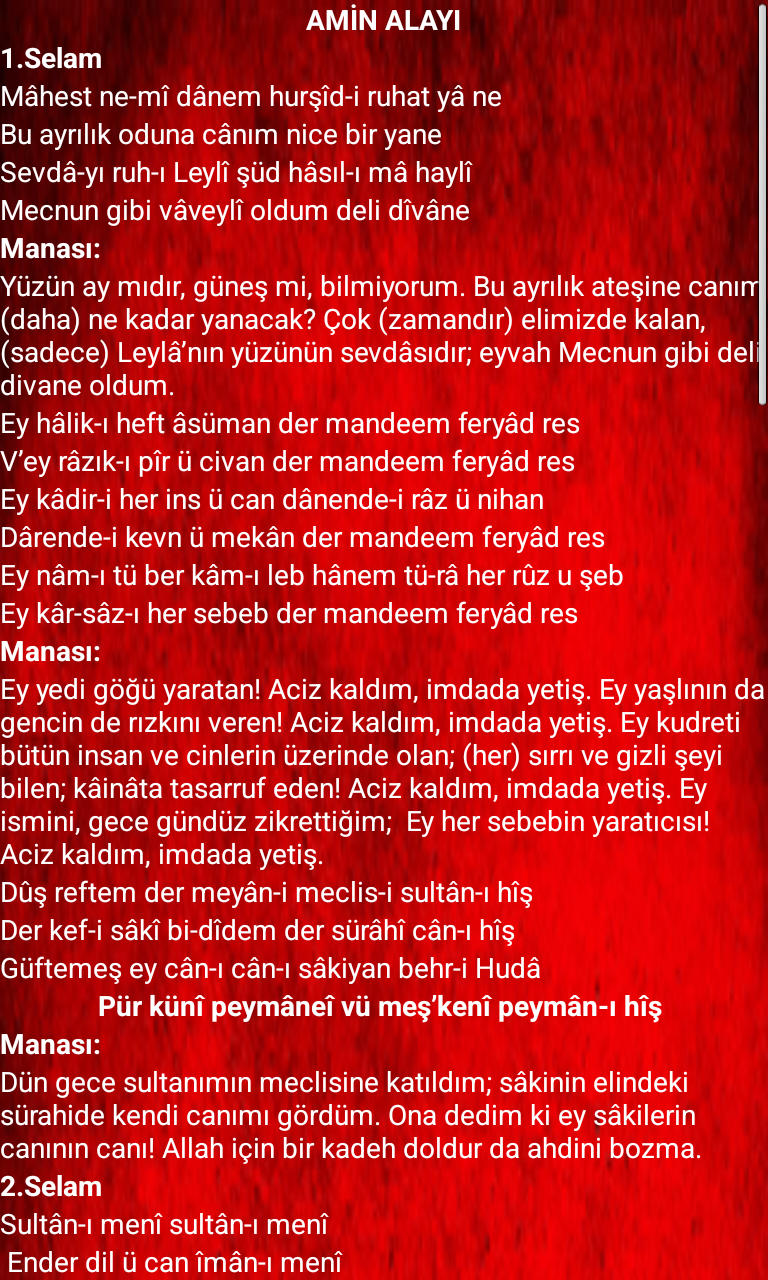
Repository: dokayazilim/Safahat-Android--Uygulamasi
Layout: safahat(android)/Safahat/res/layout/kitap31.xml
These files come from the project's save history. The layout is drawn as it stood at one moment and after the next save; the edit follows.
It is drawn on a 768 x 1280 px phone screen (xhdpi) without system bars, with theme android:Theme; the app's code is not run.

Above is the layout before, as saved 2012-09-07 16:12:11.

### safahat(android)/Safahat/res/layout/kitap31.xml
<?xml version="1.0" encoding="utf-8"?>
<ScrollView    android:id="@+id/widget1"    android:layout_width="fill_parent"    android:layout_height="fill_parent"    xmlns:android="http://schemas.android.com/apk/res/android"    >
<LinearLayout xmlns:android="http://schemas.android.com/apk/res/android"
    android:layout_width="fill_parent"
    android:layout_height="fill_parent"
    android:orientation="vertical" android:background="@drawable/androidturk">

  <TextView
        android:id="@+id/textView1"
        android:layout_width="wrap_content"
        android:layout_height="wrap_content"
        android:text="AMİN ALAYI" android:textColor="#ffffff" android:textStyle="bold" android:layout_gravity="center"/>
<TextView
        android:id="@+id/textView2"
        android:layout_width="wrap_content"
        android:layout_height="wrap_content"
        android:text="1.Selam  " android:textColor="#ffffff" android:textStyle="bold"/>
<TextView
        android:id="@+id/textView3"
        android:layout_width="wrap_content"
        android:layout_height="wrap_content"
        android:text="Mâhest ne-mî dânem hurşîd-i ruhat yâ ne    " android:textColor="#ffffff" />
<TextView
        android:id="@+id/textView4"
        android:layout_width="wrap_content"
        android:layout_height="wrap_content"
        android:text="Bu ayrılık oduna cânım nice bir yane
  " android:textColor="#ffffff" />
<TextView
        android:id="@+id/textView5"
        android:layout_width="wrap_content"
        android:layout_height="wrap_content"
        android:text="Sevdâ-yı ruh-ı Leylî şüd hâsıl-ı mâ haylî " android:textColor="#ffffff" />
<TextView
        android:id="@+id/textView6"
        android:layout_width="wrap_content"
        android:layout_height="wrap_content"
        android:text="Mecnun gibi vâveylî oldum deli dîvâne     " android:textColor="#ffffff" />
<TextView
        android:id="@+id/textView7"
        android:layout_width="wrap_content"
        android:layout_height="wrap_content"
        android:text="Manası:  " android:textColor="#ffffff" android:textStyle="bold"/>
<TextView
        android:id="@+id/textView8"
        android:layout_width="wrap_content"
        android:layout_height="wrap_content"
        android:text="Yüzün ay mıdır, güneş mi, bilmiyorum. Bu ayrılık ateşine canım (daha) ne kadar yanacak? Çok (zamandır) elimizde kalan, (sadece) Leylâ’nın yüzünün sevdâsıdır; eyvah Mecnun gibi deli divane oldum. " android:textColor="#ffffff" />
<TextView
        android:id="@+id/textView9"
        android:layout_width="wrap_content"
        android:layout_height="wrap_content"
        android:text="Ey hâlik-ı heft âsüman der mandeem feryâd res
 " android:textColor="#ffffff"/>
<TextView
        android:id="@+id/textView10"
        android:layout_width="wrap_content"
        android:layout_height="wrap_content"
        android:text="V’ey râzık-ı pîr ü civan der mandeem feryâd res     " android:textColor="#ffffff"/>
<TextView
        android:id="@+id/textView11"
        android:layout_width="wrap_content"
        android:layout_height="wrap_content"
        android:text="Ey kâdir-i her ins ü can dânende-i râz ü nihan
 " android:textColor="#ffffff" />
<TextView
        android:id="@+id/textView12"
        android:layout_width="wrap_content"
        android:layout_height="wrap_content"
        android:text="Dârende-i kevn ü mekân der mandeem feryâd res
   " android:textColor="#ffffff" />
<TextView
        android:id="@+id/textView13"
        android:layout_width="wrap_content"
        android:layout_height="wrap_content"
        android:text="Ey nâm-ı tü ber kâm-ı leb hânem tü-râ her rûz u şeb  " android:textColor="#ffffff"/>
<TextView
        android:id="@+id/textView14"
        android:layout_width="wrap_content"
        android:layout_height="wrap_content"
        android:text="Ey kâr-sâz-ı her sebeb der mandeem feryâd res " android:textColor="#ffffff" />
<TextView
        android:id="@+id/textView15"
        android:layout_width="wrap_content"
        android:layout_height="wrap_content"
        android:text="Manası:
   " android:textColor="#ffffff" android:textStyle="bold"/>
<TextView
        android:id="@+id/textView16"
        android:layout_width="wrap_content"
        android:layout_height="wrap_content"
        android:text="Ey yedi göğü yaratan! Aciz kaldım, imdada yetiş. Ey yaşlının da gencin de rızkını veren! Aciz kaldım, imdada yetiş. Ey kudreti bütün insan ve cinlerin üzerinde olan; (her) sırrı ve gizli şeyi bilen; kâinâta tasarruf eden! Aciz kaldım, imdada yetiş. Ey ismini, gece gündüz zikrettiğim;
Ey her sebebin yaratıcısı! Aciz kaldım, imdada yetiş." android:textColor="#ffffff"/>
<TextView
        android:id="@+id/textView17"
        android:layout_width="wrap_content"
        android:layout_height="wrap_content"
        android:text="Dûş reftem der meyân-i meclis-i sultân-ı hîş " android:textColor="#ffffff" />
<TextView
        android:id="@+id/textView18"
        android:layout_width="wrap_content"
        android:layout_height="wrap_content"
        android:text="Der kef-i sâkî bi-dîdem der sürâhî cân-ı hîş
   " android:textColor="#ffffff" />
<TextView
        android:id="@+id/textView19"
        android:layout_width="wrap_content"
        android:layout_height="wrap_content"
        android:text="Güftemeş ey cân-ı cân-ı sâkiyan behr-i Hudâ   " android:textColor="#ffffff"/>
<TextView
        android:id="@+id/textView20"
        android:layout_width="wrap_content"
        android:layout_height="wrap_content"
        android:text="Pür künî peymâneî vü meş’kenî peymân-ı hîş " android:textColor="#ffffff" android:textStyle="bold" android:layout_gravity="center"/>
<TextView
        android:id="@+id/textView21"
        android:layout_width="wrap_content"
        android:layout_height="wrap_content"
        android:text="Manası:" android:textColor="#ffffff" android:textStyle="bold"/>
<TextView
        android:id="@+id/textView22"
        android:layout_width="wrap_content"
        android:layout_height="wrap_content"
        android:text="Dün gece sultanımın meclisine katıldım; sâkinin elindeki sürahide kendi canımı gördüm. Ona dedim ki ey sâkilerin canının canı! Allah için bir kadeh doldur da ahdini bozma.   " android:textColor="#ffffff"/>
<TextView
        android:id="@+id/textView23"
        android:layout_width="wrap_content"
        android:layout_height="wrap_content"
        android:text="2.Selam" android:textColor="#ffffff" android:textStyle="bold"/>
<TextView
        android:id="@+id/textView24"
        android:layout_width="wrap_content"
        android:layout_height="wrap_content"
        android:text="Sultân-ı menî sultân-ı menî
 " android:textColor="#ffffff" />
<TextView
        android:id="@+id/textView25"
        android:layout_width="wrap_content"
        android:layout_height="wrap_content"
        android:text="
Ender dil ü can îmân-ı menî
        " android:textColor="#ffffff" />
<TextView
        android:id="@+id/textView26"
        android:layout_width="wrap_content"
        android:layout_height="wrap_content"
        android:text=" Der men bi-demî men zinde şevem
  " android:textColor="#ffffff" />
<TextView
        android:id="@+id/textView27"
        android:layout_width="wrap_content"
        android:layout_height="wrap_content"
        android:text="Yek cân çi şeved sad cân-ı menî
 " android:textColor="#ffffff" />
<TextView
        android:id="@+id/textView28"
        android:layout_width="wrap_content"
        android:layout_height="wrap_content"
        android:text="Manası:
  " android:textColor="#ffffff" android:textStyle="bold"/>
<TextView
        android:id="@+id/textView29"
        android:layout_width="wrap_content"
        android:layout_height="wrap_content"
        android:text="Sultânımsın, sultânımsın; cânımda, gönlümde imânımsın. Bana üflersen ben dirilirim. Bir cân da nedir? Yüz cânımsın.   " android:textColor="#ffffff" />
<TextView
        android:id="@+id/textView30"
        android:layout_width="wrap_content"
        android:layout_height="wrap_content"
        android:text="Ey âşıkan ey âşıkan men cân ü cânan yâftem
  " android:textColor="#ffffff" />
<TextView
        android:id="@+id/textView31"
        android:layout_width="wrap_content"
        android:layout_height="wrap_content"
        android:text="
Ey sâdıkan ey sâdıkan men nûr-i îman yâftem
" android:textColor="#ffffff" />
<TextView
        android:id="@+id/textView32"
        android:layout_width="wrap_content"
        android:layout_height="wrap_content"
        android:text="Manası:
 " android:textColor="#ffffff" android:textStyle="bold"/>
<TextView
        android:id="@+id/textView33"
        android:layout_width="wrap_content"
        android:layout_height="wrap_content"
        android:text="Ey âşıklar, ey âşıklar! Ben canı ve cananı buldum. Ey sâdıklar, ey sâdıklar! Ben iman nurunu buldum. " android:textColor="#ffffff" android:textStyle="bold" />
<TextView
        android:id="@+id/textView34"
        android:layout_width="wrap_content"
        android:layout_height="wrap_content"
        android:text="3.Selam
  " android:textColor="#ffffff" android:textStyle="bold"/>
<TextView
        android:id="@+id/textView35"
        android:layout_width="wrap_content"
        android:layout_height="wrap_content"
        android:text="Kendi gittikte cânişîni olur;
   " android:textColor="#ffffff"/>
<TextView
        android:id="@+id/textView36"
        android:layout_width="wrap_content"
        android:layout_height="wrap_content"
        android:text="Kiminin bir yığın meberrâtı
   " android:textColor="#ffffff" />
<TextView
        android:id="@+id/textView37"
        android:layout_width="wrap_content"
        android:layout_height="wrap_content"
        android:text="Toplanır, heykel-i metîni olur;" android:textColor="#ffffff" />
<TextView
        android:id="@+id/textView38"
        android:layout_width="wrap_content"
        android:layout_height="wrap_content"
        android:text="
Kiminin de olanca hâtırası,

  " android:textColor="#ffffff" />
<TextView
        android:id="@+id/textView39"
        android:layout_width="wrap_content"
        android:layout_height="wrap_content"
        android:text="Böyle bir sâye-i hazîni olur!" android:textColor="#ffffff" />
<TextView
        android:id="@+id/textView40"
        android:layout_width="wrap_content"
        android:layout_height="wrap_content"
        android:text="ŞAİR HUZURUNDA MÜNEKKİD" android:textColor="#ffffff" android:textStyle="bold" android:layout_gravity="center"/>
<TextView
        android:id="@+id/textView41"
        android:layout_width="wrap_content"
        android:layout_height="wrap_content"
        android:text="Düzer yâve-gû bir herif bir gazel
  " android:textColor="#ffffff" />
<TextView
        android:id="@+id/textView42"
        android:layout_width="wrap_content"
        android:layout_height="wrap_content"
        android:text="Müeddâ perîşan, edâ mübtezel.
  " android:textColor="#ffffff" />
<TextView
        android:id="@+id/textView43"
        android:layout_width="wrap_content"
        android:layout_height="wrap_content"
        android:text="Tabî´î o gâyetle parlak bulur;
  " android:textColor="#ffffff" />
<TextView
        android:id="@+id/textView44"
        android:layout_width="wrap_content"
        android:layout_height="wrap_content"
        android:text="Okur, dinletir, söyletir, gaşy olur.
  " android:textColor="#ffffff" />
<TextView
        android:id="@+id/textView45"
        android:layout_width="wrap_content"
        android:layout_height="wrap_content"
        android:text="Biraz sonra bastırmak ister, fakat,
  " android:textColor="#ffffff" />
<TextView
        android:id="@+id/textView46"
        android:layout_width="wrap_content"
        android:layout_height="wrap_content"
        android:text="Sakın olmasın der ufak bir sakat,
  " android:textColor="#ffffff" />
<TextView
        android:id="@+id/textView47"
        android:layout_width="wrap_content"
        android:layout_height="wrap_content"
        android:text="Büyük, muktedir bir münekkid arar,
  " android:textColor="#ffffff" />
<TextView
        android:id="@+id/textView48"
        android:layout_width="wrap_content"
        android:layout_height="wrap_content"
        android:text="Nihâyet zarîfin birinden sorar.
  " android:textColor="#ffffff" />
<TextView
        android:id="@+id/textView49"
        android:layout_width="wrap_content"
        android:layout_height="wrap_content"
        android:text="Gözetmez bu âdem de hâtır, huzûr,
  " android:textColor="#ffffff" />
<TextView
        android:id="@+id/textView50"
        android:layout_width="wrap_content"
        android:layout_height="wrap_content"
        android:text="Bulur lâfz u ma´nâda birçok kusûr
  " android:textColor="#ffffff" />
<TextView
        android:id="@+id/textView51"
        android:layout_width="wrap_content"
        android:layout_height="wrap_content"
        android:text="Herif şimdi tenkîde hiddetlenir,
  " android:textColor="#ffffff" />
<TextView
        android:id="@+id/textView52"
        android:layout_width="wrap_content"
        android:layout_height="wrap_content"
        android:text="Rezîlâne artık neler söylenir
  " android:textColor="#ffffff" />
<TextView
        android:id="@+id/textView53"
        android:layout_width="wrap_content"
        android:layout_height="wrap_content"
        android:text="Biraz dinleyip sonra, bak, der zarîf:
  " android:textColor="#ffffff" />
<TextView
        android:id="@+id/textView54"
        android:layout_width="wrap_content"
        android:layout_height="wrap_content"
        android:text="Sizin nesriniz nazmınızdan lâtîf!
  " android:textColor="#ffffff" />
<TextView
        android:id="@+id/textView55"
        android:layout_width="wrap_content"
        android:layout_height="wrap_content"
        android:text="BU DA BİR MEZAR TAŞI İÇİN YAZILMIŞTI" android:textColor="#ffffff" android:textStyle="bold" android:layout_gravity="center"/>
<TextView
        android:id="@+id/textView56"
        android:layout_width="wrap_content"
        android:layout_height="wrap_content"
        android:text="Yâ Rab ne hatîbdir ki makber.
  " android:textColor="#ffffff" />
<TextView
        android:id="@+id/textView57"
        android:layout_width="wrap_content"
        android:layout_height="wrap_content"
        android:text="İnsanlara en derin meâli,
  " android:textColor="#ffffff" />
<TextView
        android:id="@+id/textView58"
        android:layout_width="wrap_content"
        android:layout_height="wrap_content"
        android:text="Bir vahy-i bülend kudretiyle,
  " android:textColor="#ffffff" />
<TextView
        android:id="@+id/textView59"
        android:layout_width="wrap_content"
        android:layout_height="wrap_content"
        android:text="Telkîn ediyor lisân-ı hâli!
  " android:textColor="#ffffff" />
<TextView
        android:id="@+id/textView60"
        android:layout_width="wrap_content"
        android:layout_height="wrap_content"
        android:text="Ondan da alınmıyorsa ibret,
  " android:textColor="#ffffff" />
<TextView
        android:id="@+id/textView61"
        android:layout_width="wrap_content"
        android:layout_height="wrap_content"
        android:text="Yok bir daha almak ihtimâli!
  " android:textColor="#ffffff" />
<TextView
        android:id="@+id/textView62"
        android:layout_width="wrap_content"
        android:layout_height="wrap_content"
        android:text="Binlerce vücûd-i nâzenînin
  " android:textColor="#ffffff" />
<TextView
        android:id="@+id/textView63"
        android:layout_width="wrap_content"
        android:layout_height="wrap_content"
        android:text="Bir servi hayâl-i yâl ü bâli,
  " android:textColor="#ffffff" />
<TextView
        android:id="@+id/textView64"
        android:layout_width="wrap_content"
        android:layout_height="wrap_content"
        android:text="Binlerce ser-i semâ-güzînin
  " android:textColor="#ffffff" />
<TextView
        android:id="@+id/textView65"
        android:layout_width="wrap_content"
        android:layout_height="wrap_content"
        android:text="Bir kabza türâb olur zevâli.
  " android:textColor="#ffffff" />
<TextView
        android:id="@+id/textView66"
        android:layout_width="wrap_content"
        android:layout_height="wrap_content"
        android:text="Her seng-i mezâr bin hayâtın
  " android:textColor="#ffffff" />
<TextView
        android:id="@+id/textView67"
        android:layout_width="wrap_content"
        android:layout_height="wrap_content"
        android:text="Fânilere karşı infiâli.
  " android:textColor="#ffffff" />
<TextView
        android:id="@+id/textView68"
        android:layout_width="wrap_content"
        android:layout_height="wrap_content"
        android:text="Görsün de bu inkılâbı insan,
  " android:textColor="#ffffff" />
<TextView
        android:id="@+id/textView69"
        android:layout_width="wrap_content"
        android:layout_height="wrap_content"
        android:text="Dehrin nedir anlasın kemâli!
  " android:textColor="#ffffff" />
<TextView
        android:id="@+id/textView70"
        android:layout_width="wrap_content"
        android:layout_height="wrap_content"
        android:text="Zâir bu hakâikın önünde
  " android:textColor="#ffffff" />
<TextView
        android:id="@+id/textView71"
        android:layout_width="wrap_content"
        android:layout_height="wrap_content"
        android:text="Hâlâ mı bırakmadın hayâli?
  " android:textColor="#ffffff" />
<TextView
        android:id="@+id/textView72"
        android:layout_width="wrap_content"
        android:layout_height="wrap_content"
        android:text="GÜL, BÜLBÜL" android:textColor="#ffffff" android:textStyle="bold" android:layout_gravity="center"/>
<TextView
        android:id="@+id/textView73"
        android:layout_width="wrap_content"
        android:layout_height="wrap_content"
        android:text="Konduğu her gusn-i ter minberidir bülbülün,
  " android:textColor="#ffffff" />
<TextView
        android:id="@+id/textView74"
        android:layout_width="wrap_content"
        android:layout_height="wrap_content"
        android:text="Zemzeme addettiğin hutbesi, faslü´l-hitâb.
  " android:textColor="#ffffff" />
<TextView
        android:id="@+id/textView75"
        android:layout_width="wrap_content"
        android:layout_height="wrap_content"
        android:text="Reng-i hakîkat nedir, fark eden ebsâr için,
  " android:textColor="#ffffff" />
<TextView
        android:id="@+id/textView76"
        android:layout_width="wrap_content"
        android:layout_height="wrap_content"
        android:text="Goncada matvî duran her varak ümmü´l-kitâb.
  " android:textColor="#ffffff" />
<TextView
        android:id="@+id/textView77"
        android:layout_width="wrap_content"
        android:layout_height="wrap_content"
        android:text="TERCÜMEDİR" android:textColor="#ffffff" android:textStyle="bold" android:layout_gravity="center"/>
<TextView
        android:id="@+id/textView78"
        android:layout_width="wrap_content"
        android:layout_height="wrap_content"
        android:text="Kendi feryâdımdır ancak ses veren feryâdıma...
  " android:textColor="#ffffff" />
<TextView
        android:id="@+id/textView79"
        android:layout_width="wrap_content"
        android:layout_height="wrap_content"
        android:text="Kimseler yok âşinâdan büsbütün hâlî diyâr.
  " android:textColor="#ffffff" />
<TextView
        android:id="@+id/textView80"
        android:layout_width="wrap_content"
        android:layout_height="wrap_content"
        android:text="Kendi feryadımdır ancak ses veren feryadıma...
  " android:textColor="#ffffff" />
<TextView
        android:id="@+id/textView81"
        android:layout_width="wrap_content"
        android:layout_height="wrap_content"
        android:text="Kimseler yok tanıdıkların hepsi bu diyardan gitmiş. " android:textColor="#ffffff" />
<TextView
        android:id="@+id/textView82"
        android:layout_width="wrap_content"
        android:layout_height="wrap_content"
        android:text="'Nerde yârânım?' diyorken ben bülend âvâz ile
  " android:textColor="#ffffff" />
<TextView
        android:id="@+id/textView83"
        android:layout_width="wrap_content"
        android:layout_height="wrap_content"
        android:text="'Nerde yârânım?' diyor vâdî, beyâbân, kûhsâr.
  " android:textColor="#ffffff" />
<TextView
        android:id="@+id/textView84"
        android:layout_width="wrap_content"
        android:layout_height="wrap_content"
        android:text="Nühüfte kalb-i ketûmunda leyl-i deycurun,
  " android:textColor="#ffffff" />
<TextView
        android:id="@+id/textView85"
        android:layout_width="wrap_content"
        android:layout_height="wrap_content"
        android:text="Seninle biz iki âvâre-ser idik gûyâ:
  " android:textColor="#ffffff" />
<TextView
        android:id="@+id/textView86"
        android:layout_width="wrap_content"
        android:layout_height="wrap_content"
        android:text="Ki ta ebed kalacak muhtefi nazarlardan ,
  " android:textColor="#ffffff" />
<TextView
        android:id="@+id/textView87"
        android:layout_width="wrap_content"
        android:layout_height="wrap_content"
        android:text="Meğer ki onları etsin lisan-subh ifşa!
  " android:textColor="#ffffff" />
<TextView
        android:id="@+id/textView88"
        android:layout_width="wrap_content"
        android:layout_height="wrap_content"
        android:text="HÜSRAN-I MÜBİN" android:textColor="#ffffff" android:textStyle="bold" android:layout_gravity="center"/>
<TextView
        android:id="@+id/textView89"
        android:layout_width="wrap_content"
        android:layout_height="wrap_content"
        android:text="Başlattığı gün mektebe, duydum ki, diyordu,
  " android:textColor="#ffffff" />
<TextView
        android:id="@+id/textView90"
        android:layout_width="wrap_content"
        android:layout_height="wrap_content"
        android:text="Rahmetli babam: 'Âdem olur oğlum ilerde?'" android:textColor="#ffffff" />
<TextView
        android:id="@+id/textView91"
        android:layout_width="wrap_content"
        android:layout_height="wrap_content"
        android:text="Annemse, oturmuş, paşalıklar kuruyordu...
  " android:textColor="#ffffff" />
<TextView
        android:id="@+id/textView92"
        android:layout_width="wrap_content"
        android:layout_height="wrap_content"
        android:text="Âdemliği geçtik! Paşalık olsun, o nerde?
  " android:textColor="#ffffff" />
<TextView
        android:id="@+id/textView93"
        android:layout_width="wrap_content"
        android:layout_height="wrap_content"
        android:text="Âmâli tezâd üzre giderken ebeveynin,
  " android:textColor="#ffffff" />
<TextView
        android:id="@+id/textView94"
        android:layout_width="wrap_content"
        android:layout_height="wrap_content"
        android:text="Hep böyle harâb olmada etfâl ara yerde!
  " android:textColor="#ffffff" />

<TextView
        android:id="@+id/textView95"
        android:layout_width="wrap_content"
        android:layout_height="wrap_content"
        android:text="Mehmet Akif ERSOY" android:textColor="#ffffff" android:textStyle="bold"/>
</LinearLayout>
</ScrollView>

After the next save:
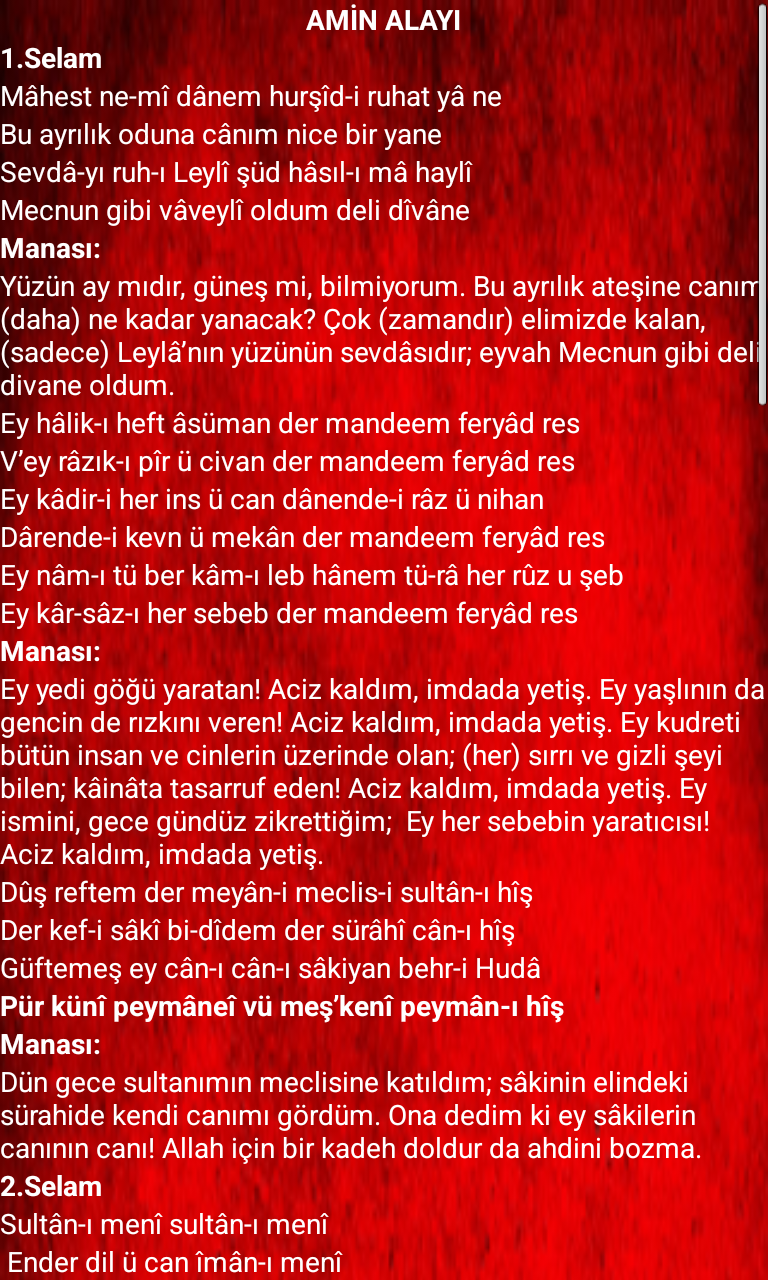
Saved 35 s later.
--- a/safahat(android)/Safahat/res/layout/kitap31.xml
+++ b/safahat(android)/Safahat/res/layout/kitap31.xml
@@ -111,7 +111,7 @@ Ey her sebebin yaratıcısı! Aciz kaldım, imdada yetiş." android:textColor="#
         android:id="@+id/textView20"
         android:layout_width="wrap_content"
         android:layout_height="wrap_content"
-        android:text="Pür künî peymâneî vü meş’kenî peymân-ı hîş " android:textColor="#ffffff" android:textStyle="bold" android:layout_gravity="center"/>
+        android:text="Pür künî peymâneî vü meş’kenî peymân-ı hîş " android:textColor="#ffffff" android:textStyle="bold" />
 <TextView
         android:id="@+id/textView21"
         android:layout_width="wrap_content"
